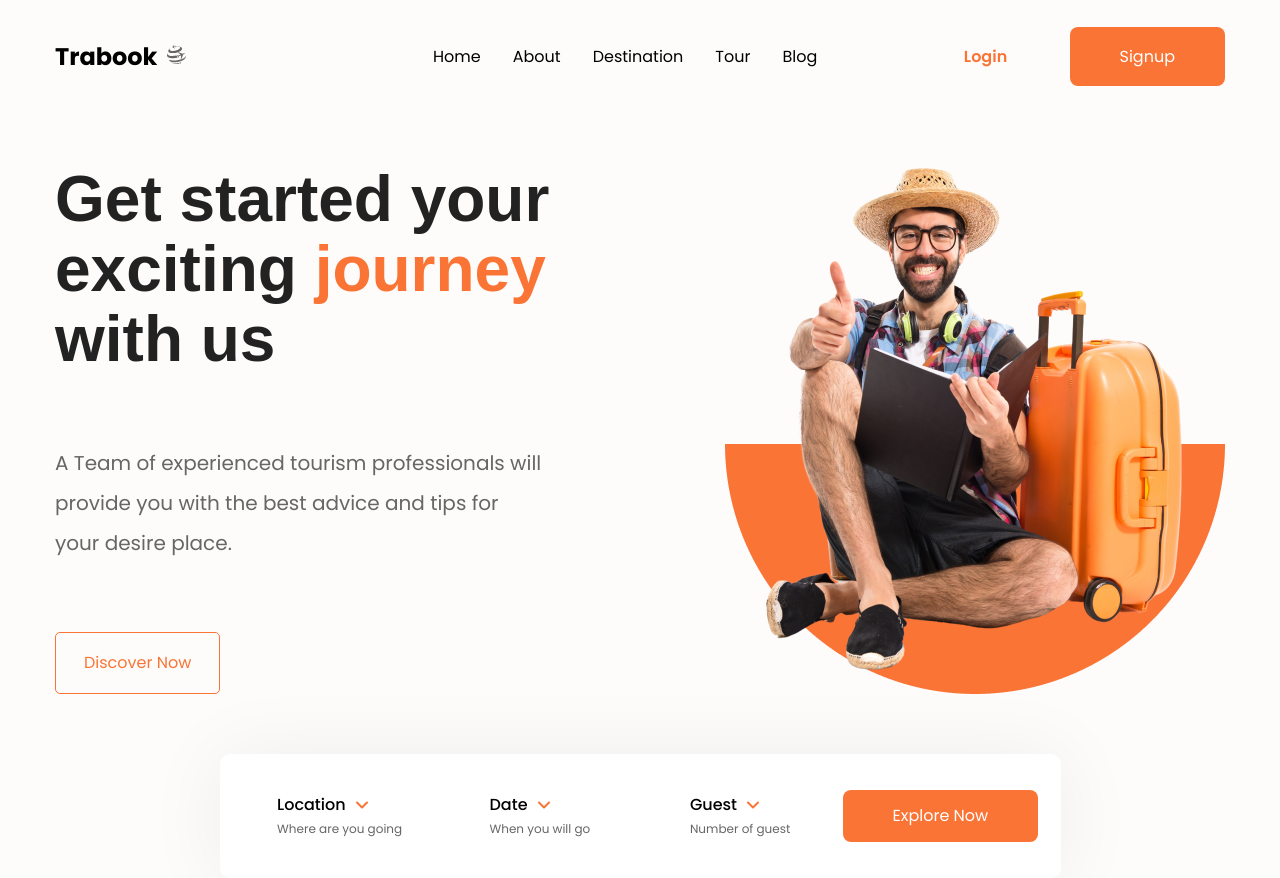
Repository: phobo99/phobo99.github.io
Page: Trabook/index.html
These files come from the project's save history. The page is drawn as it stood at one moment and after the next save; the edit follows.
The browser window is 1280 px wide. The pictures show the whole page.
Some web fonts or font styles are not loaded; a fallback is used. Some web libraries are served in a nearby version. The style sheet was rebuilt from its Sass, Less or Tailwind sources for each picture, by a compiler version that may differ from the author's.

Above is the page before, as saved 2022-06-18 23:40:02.

After the next save:
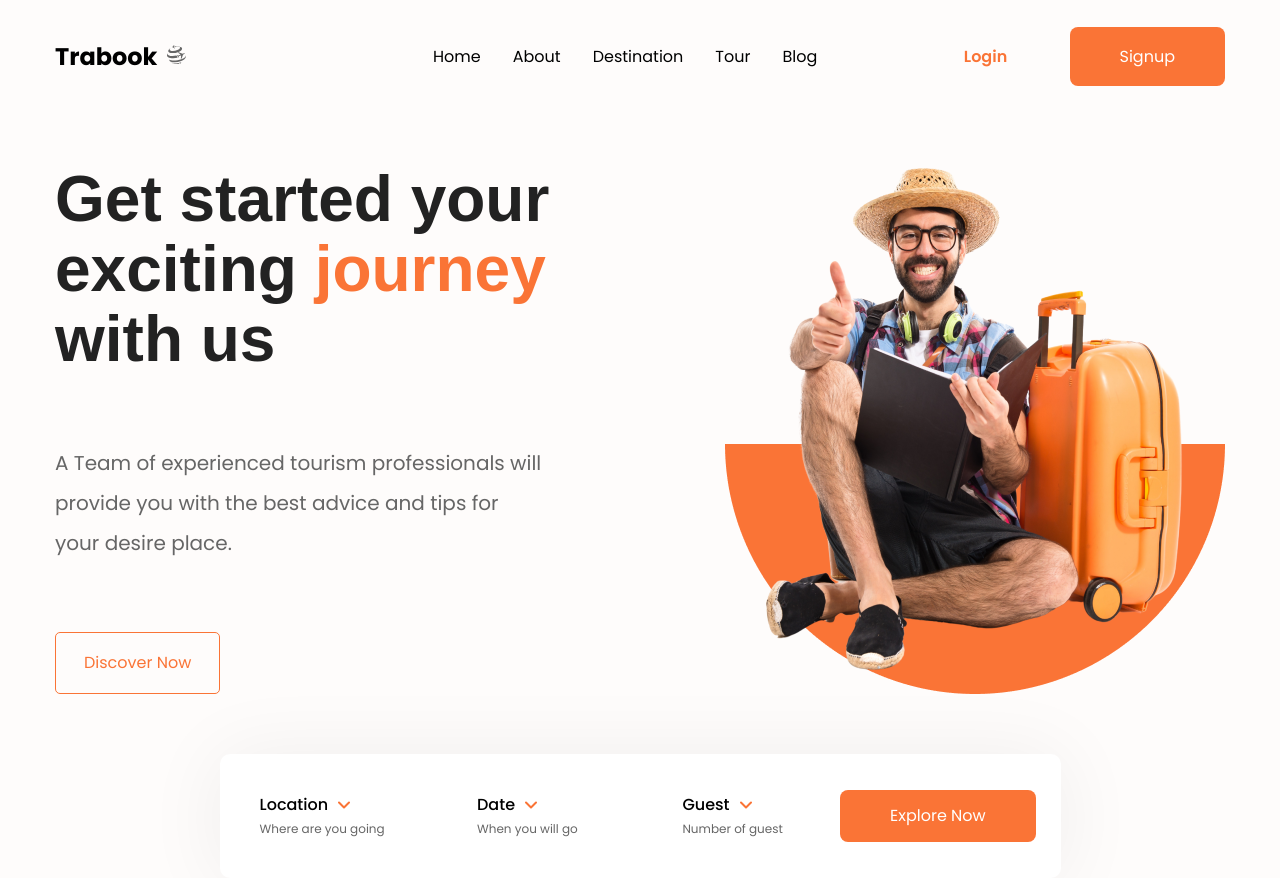
Saved 10 s later.
--- a/Trabook/style.scss
+++ b/Trabook/style.scss
@@ -145,7 +145,7 @@ h1 {
       .list-search {
         width: 100%;
         height: 100%;
-        padding: 20px;
+        padding-right: 20px;
         display: grid;
         grid-template-columns: 1fr 1fr 1fr 1fr;
         justify-items: center;
